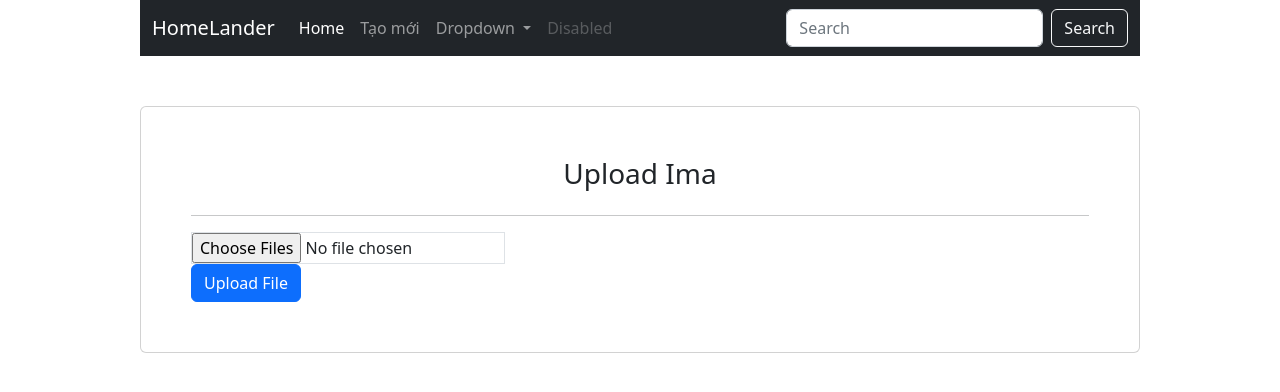
Repository: nguyenhung50497/MD3_CRUD-2Table
Page: src/views/upload.html
An editor plug-in stored every save of this project. The page is shown before and after the next save, followed by the edit.
The browser window is 1280 px wide. The pictures show the whole page.

Above is the page before, as saved 2022-12-29 08:57:14.

After the next save:
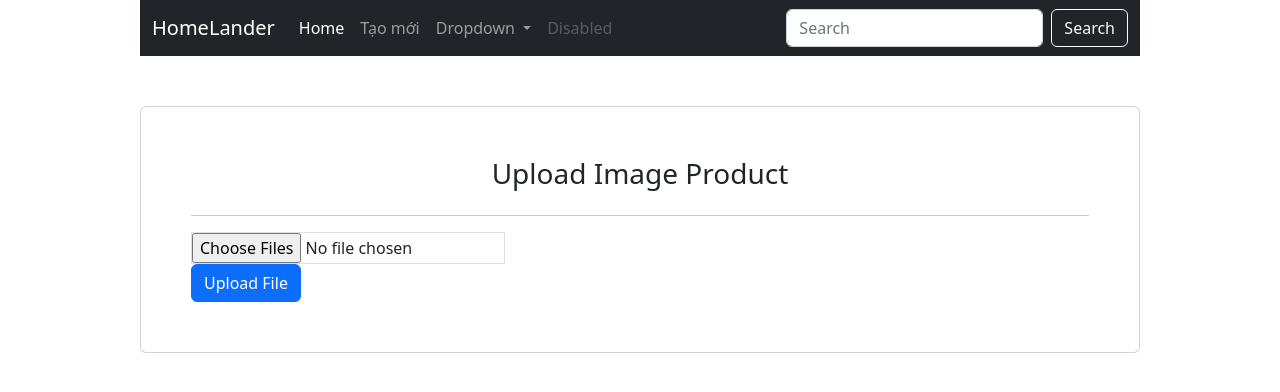
Saved 6 s later.
--- a/src/views/upload.html
+++ b/src/views/upload.html
@@ -47,7 +47,7 @@
       <div class="row">
         <div class="col-md-12">
             <div class="card"  style="margin-top: 5%; padding: 5%;">
-                <h3 style="text-align: center;">Upload Ima</h3><hr>
+                <h3 style="text-align: center;">Upload Image Product</h3><hr>
                 <form action="/upload" method="POST" enctype="multipart/form-data">
                     <div class="form-group">
                         <input multiple type="file" name="img" class="form-control-file border">
